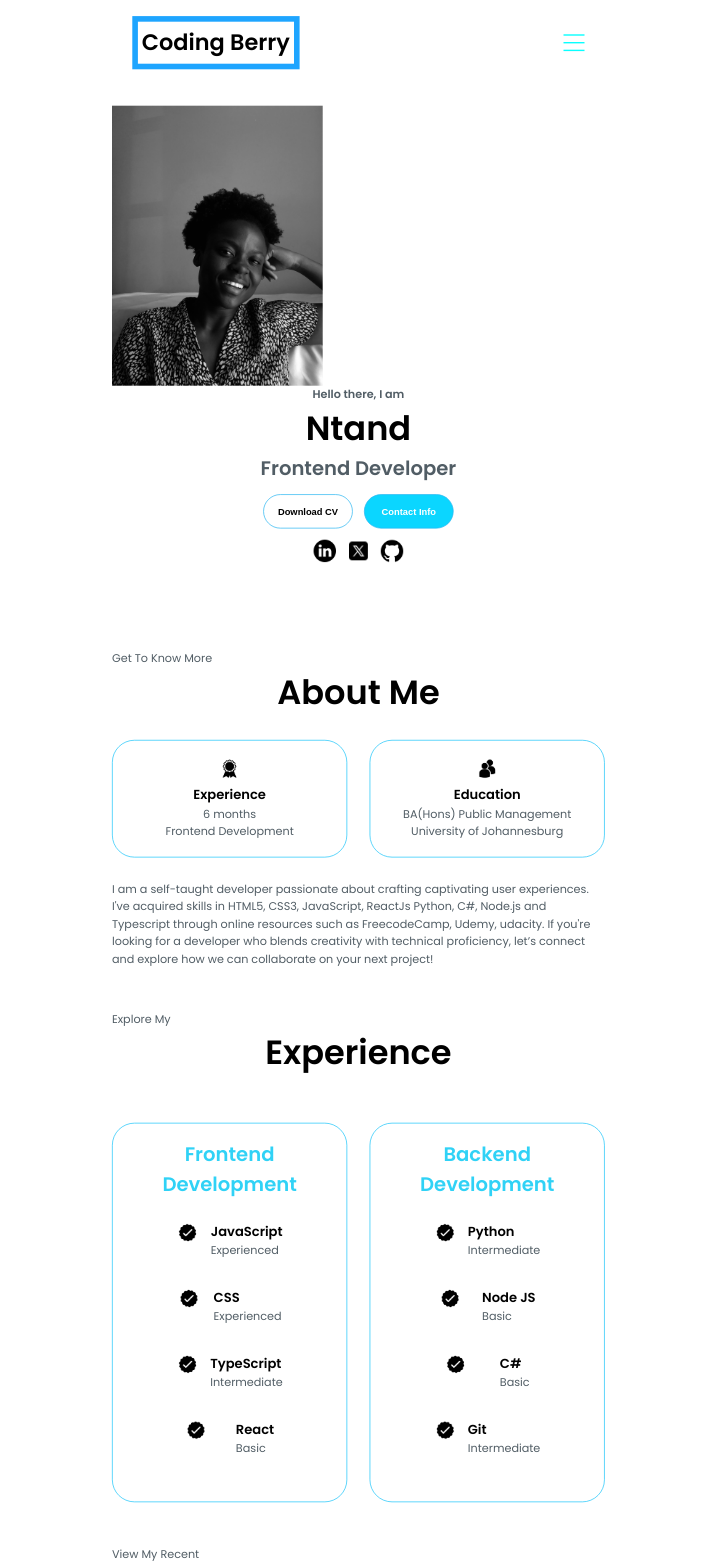
Repository: ntandomagana/FS-Dev-Portfolio
Page: index.html
An editor plug-in stored every save of this project. The page is shown before and after the next save, followed by the edit.
The browser window is 1024 px wide. The pictures show the part of the page from y = 0 to 2240 px (the page is 3180 px tall before and 2965 px after), at 70% of full size.

Above is the page before, as saved 2024-05-06 11:20:19.

After the next save:
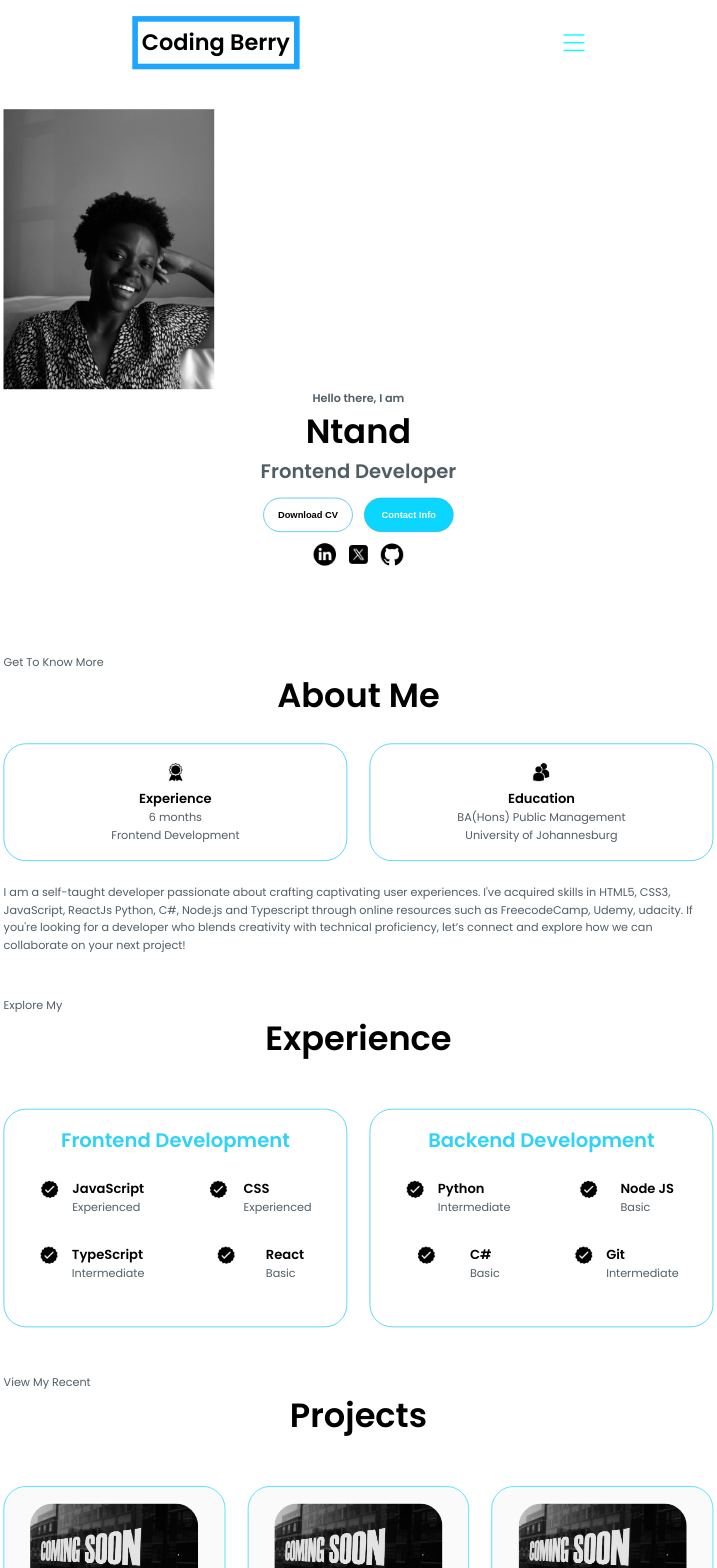
Saved 6 s later.
--- a/mediaqueries.css
+++ b/mediaqueries.css
@@ -44,6 +44,6 @@
     }
 
     section {
-
+        margin: 0.5%;
     }
 }
